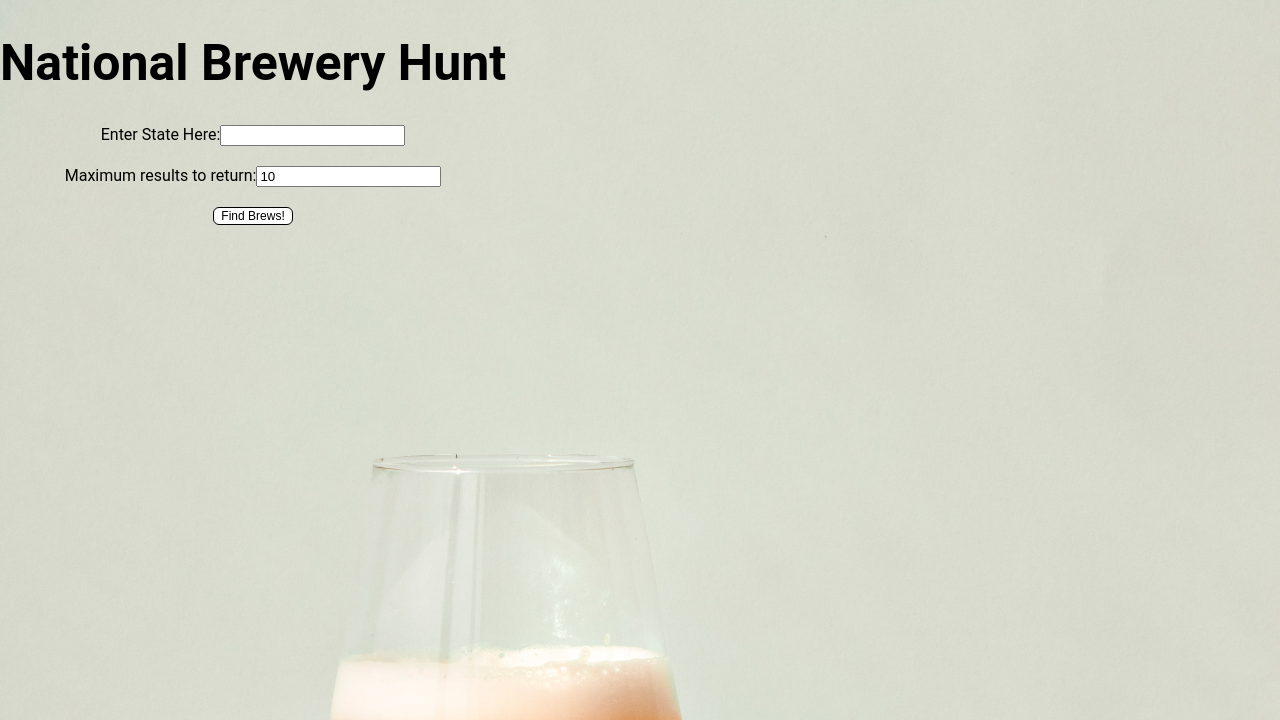
Repository: kaitlynMidori/searchBrews
Page: index.html
An editor plug-in stored every save of this project. The page is shown before and after the next save, followed by the edit.
The browser window is 1280 px wide. The pictures show the whole page.

Above is the page before, as saved 2021-04-24 11:32:19.

After the next save:
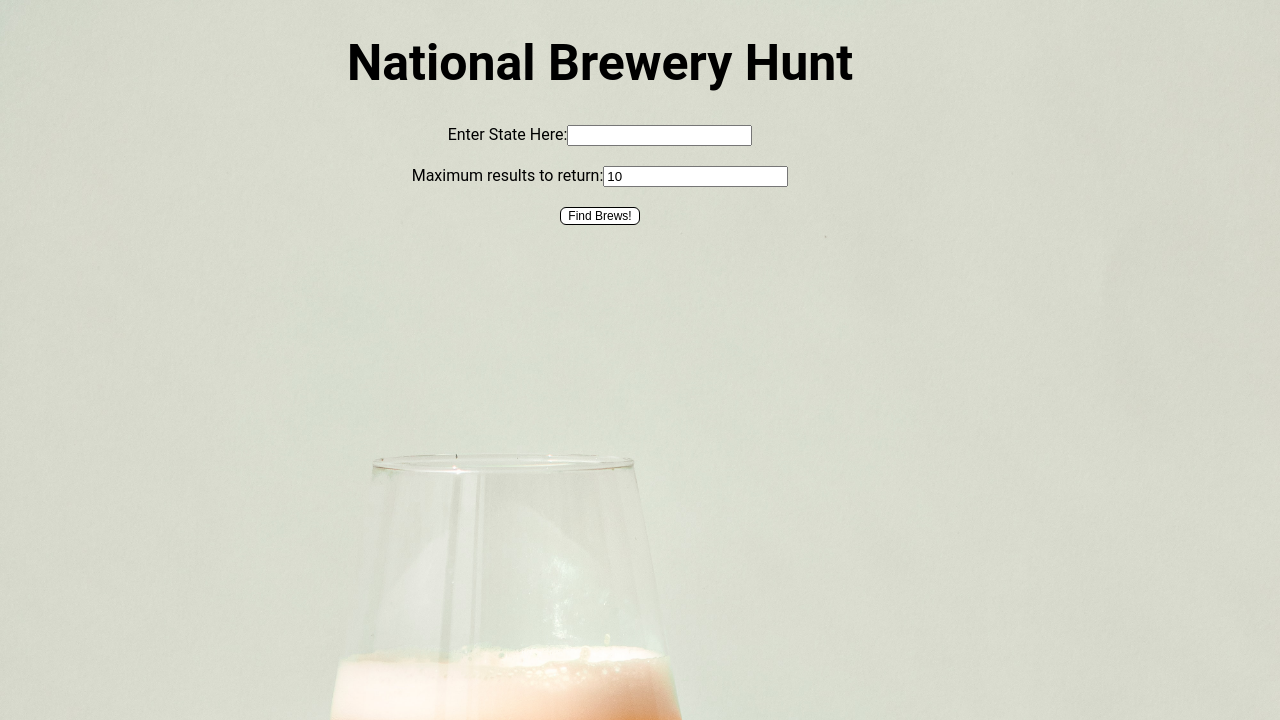
Saved 71 s later.
--- a/style.css
+++ b/style.css
@@ -8,8 +8,8 @@ body {
     background-repeat: no-repeat;
     background-size: cover;
     background-color: black;
-    height: fit-content;
-    width: fit-content;
+    width: 100%;
+    max-width: 1200px;
 }
 
 
